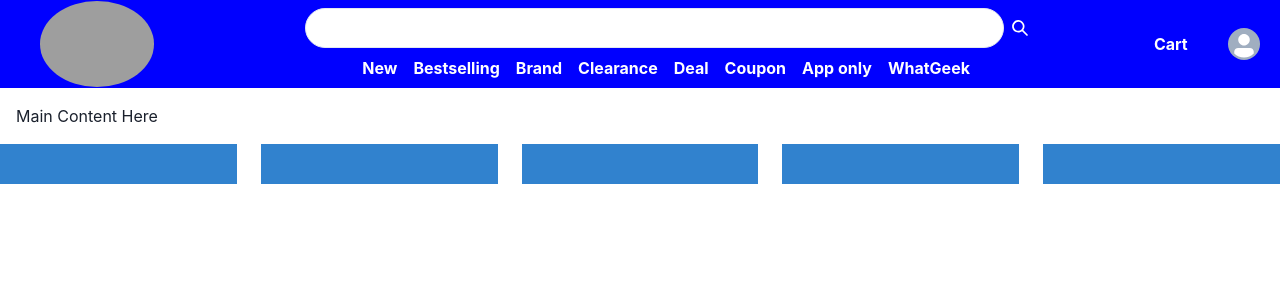
Repository: Vedprakas987/Shopee_cw24
Page: / (app in shopee_online/)
The author's editor kept a copy of each file at every save. The page is drawn from the files as they stood at one save, then again after a run of saves.
The browser window is 1280 px wide. The pictures show the whole page.
Pictures or frames that could not be fetched are drawn as grey boxes. The page's requests for data from a server got no answer. The project was rebuilt for these pictures with package versions that can differ from the ones it lists, and the page was loaded fresh each time. No one was signed in, and anything a server would have sent is missing. Imported but missing from the stored project, and not drawn on this page: shopee_online/src/components/productcard.

Above is the page before, as saved 2022-12-16 18:02:42.

### shopee_online/src/index.js
import React from 'react';
import ReactDOM from 'react-dom/client';
import './index.css';
import App from './App';
import reportWebVitals from './reportWebVitals';
import { BrowserRouter } from 'react-router-dom';
import { ChakraProvider } from '@chakra-ui/react';
const root = ReactDOM.createRoot(document.getElementById('root'));
root.render(
  <ChakraProvider>
  <BrowserRouter>
    <App />
  </BrowserRouter>
  </ChakraProvider>

);

// If you want to start measuring performance in your app, pass a function
// to log results (for example: reportWebVitals(console.log))
// or send to an analytics endpoint. Learn more: https://bit.ly/CRA-vitals
reportWebVitals();

### shopee_online/src/App.js
import Navbar from "./Routes/Navbar";
import Allroutes from "./Routes/Allroutes";
function App() {
  return (
    <div className="App">
      <Navbar/>
      <Allroutes/>
    </div>
  );
}

export default App;

### shopee_online/src/Routes/Navbar.jsx
import { ReactNode } from 'react';
import { Input, VStack,Text } from '@chakra-ui/react';
import {SearchIcon} from '@chakra-ui/icons'
import { BsFillCartCheckFill } from "react-icons/bs";
import {Link,NavLink} from "react-router-dom"
import {
  Box,
  Flex,
  Avatar,
  HStack,
  IconButton,
  Button,
  Menu,
  MenuButton,
  MenuList,
  MenuItem,
  MenuDivider,
  useDisclosure,
  useColorModeValue,
  Stack,
} from '@chakra-ui/react';
import { HamburgerIcon, CloseIcon } from '@chakra-ui/icons';

const Links = ['New','Bestselling','Brand','Clearance','Deal','Coupon','App only','WhatGeek',];



export default function Navbar() {
  const { isOpen, onOpen, onClose } = useDisclosure();

  return (
    <>
      <Box bg={useColorModeValue('blue', 'blue')} px={3}  padding={3} paddingRight="2%">
        <Flex h={16} alignItems={'center'} justifyContent={'space-between'}>
          <IconButton
            size={'md'}
            icon={isOpen ? <CloseIcon /> : <HamburgerIcon />}
            aria-label={'Open Menu'}
            display={{ md: 'none' }}
            onClick={isOpen ? onClose : onOpen}
          />
          <HStack spacing={2} alignItems={'center'}>
            <Box>
              <img   style={{borderRadius:"60%",width:"40%",marginLeft:"10%"}} src="https://i.imgur.com/Ea4kEa7.png"/>
            </Box>
            <VStack w={{base:"120%",md:"100%",sm:"100%"}}  padding="0p 2rem">
                <HStack w="100%">
                <Input  borderRadius="20px"  bg="white" color="black"/>
                <SearchIcon color="white" cursor="pointer"/>
                </HStack>
            <HStack
              as={'nav'}
              spacing={4}
              color="white"
              fontWeight="bold"

              display={{ base: 'none', md: 'flex' }}>
              {Links.map((link) => (
                <NavLink to={`/${link}`}   key={link}>{link}</NavLink>
              ))}
            </HStack>
            </VStack>
          </HStack>
          <Flex alignItems={'center'}>
            <Box  marginLeft={{base:"10%",md:"5%",sm:"4%"}} cursor="pointer" marginRight={10}>
            <Text color="white" fontWeight="bold">Cart</Text>
            </Box>

            <Menu>
              <MenuButton
                as={Button}
                rounded={'full'}
                variant={'link'}
                cursor={'pointer'}
                minW={0}
                size={1}
                >
               <Avatar size="sm"></Avatar>
              </MenuButton>
              <MenuList>
                <MenuItem>Register</MenuItem>
                <MenuItem>Login</MenuItem>
                <MenuDivider />
                <MenuItem>Logout</MenuItem>
              </MenuList>
            </Menu>
          </Flex>
        </Flex>

        {isOpen ? (
          <Box pb={4} display={{ md: 'none' }}>
            <Stack as={'nav'} spacing={4}>
              {Links.map((link) => (
                <NavLink key={link}>{link}</NavLink>
              ))}
            </Stack>
          </Box>
        ) : null}
      </Box>

      <Box p={4}>Main Content Here</Box>
    </>
  );
}

### shopee_online/src/Routes/Allroutes.jsx
import React from 'react';
import {Routes,Route} from "react-router-dom";
import Dashboard from './dashboard';
const Allroutes = () => {
    return (
        <div>
            <Routes>
                <Route path='/' element={<Dashboard/>}/>
            </Routes>
        </div>
    );
}

export default Allroutes;

### shopee_online/src/Routes/dashboard.jsx
import React from 'react';
import ProductList from '../components/productList';
let url = 'http://localhost:3007/api/electronics'
const Dashboard = () => {
    const [data,setdata] =React.useState([])
    const getdata=()=>{
        fetch(url).then((res)=>(res.json())).then((res)=>setdata(res))
    }
    React.useEffect(()=>{
     getdata()
    },[])
    console.log(data)
    return (
        <div>
           <ProductList products={data}/>
        </div>
    );
}

export default Dashboard;

### shopee_online/src/components/productList.jsx
import React from 'react';
import Productcard from './productcard';
import { Grid, GridItem } from '@chakra-ui/react'
const ProductList = ({products}) => {
    console.log(products)
    return (

        <Grid templateColumns='repeat(5, 1fr)' gap={6}>
        <GridItem w='100%' h='10' bg='blue.500'></GridItem>
        <GridItem w='100%' h='10' bg='blue.500' />
        <GridItem w='100%' h='10' bg='blue.500' />
        <GridItem w='100%' h='10' bg='blue.500' />
        <GridItem w='100%' h='10' bg='blue.500' />
      </Grid>


    );
}

export default ProductList;

Loaded but not shown: shopee_online/public/index.html (common file); shopee_online/src/index.css (common file); shopee_online/src/reportWebVitals.js (common file)

After the next 3 saves:
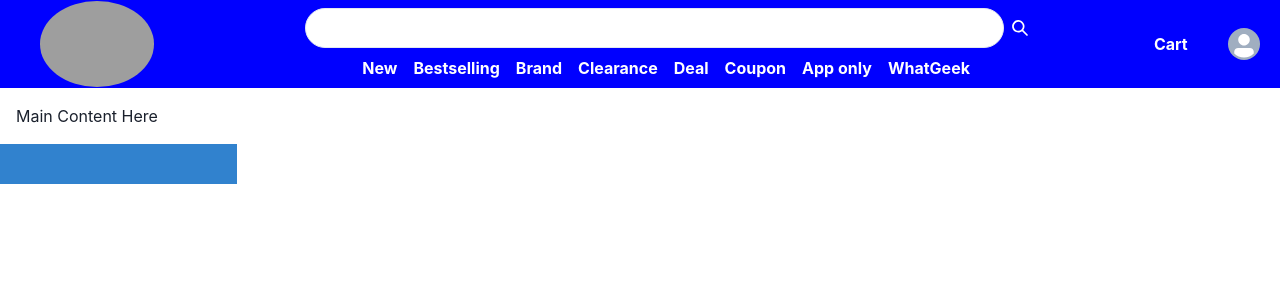
The 3 saves are shown as one change because they came seconds apart.
The last was saved 8 s later.
--- a/shopee_online/src/components/productList.jsx
+++ b/shopee_online/src/components/productList.jsx
@@ -7,10 +7,6 @@
 
         <Grid templateColumns='repeat(5, 1fr)' gap={6}>
         <GridItem w='100%' h='10' bg='blue.500'></GridItem>
-        <GridItem w='100%' h='10' bg='blue.500' />
-        <GridItem w='100%' h='10' bg='blue.500' />
-        <GridItem w='100%' h='10' bg='blue.500' />
-        <GridItem w='100%' h='10' bg='blue.500' />
       </Grid>
 
 
